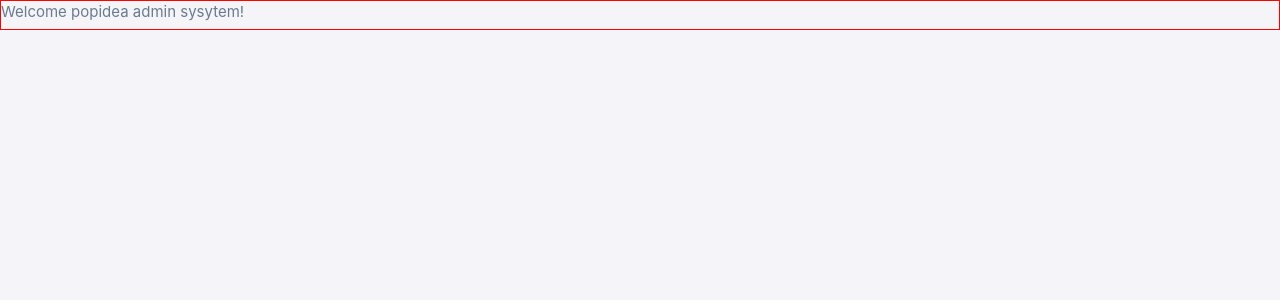
Repository: Joebig7/popidea-admin-front
Page: index.html
The author's editor kept a copy of each file at every save. The page is drawn from the files as they stood at one save, then again after the next save.
The browser window is 1280 px wide. The pictures show the whole page.

Above is the page before, as saved 2022-09-20 14:41:52.

After the next save:
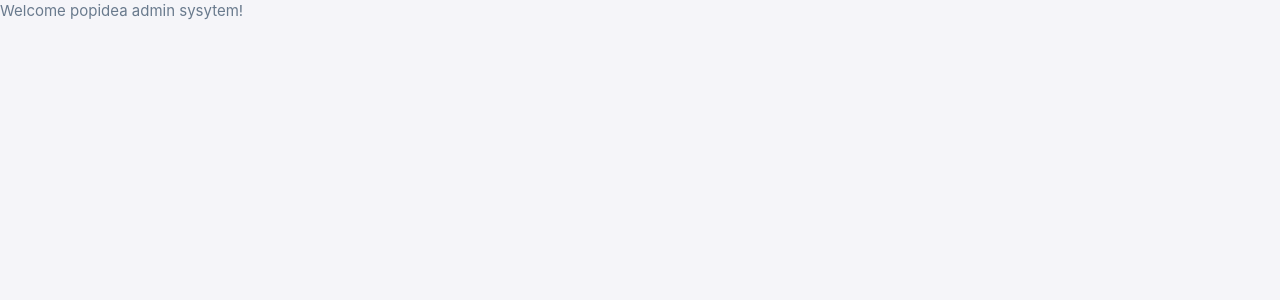
Saved 15 s later.
--- a/index.html
+++ b/index.html
@@ -29,12 +29,12 @@
   <link rel="stylesheet" href="assets/css/demo.css" />
 
   <style>
-      .title{
+      span{
           width:100%;
           height:30px;
           border: 1px solid red;
           flex:flex;
-          justify-content:right;
+          justify-content:center;
       }
   </style>
 </head>

After the 2 saves that followed:
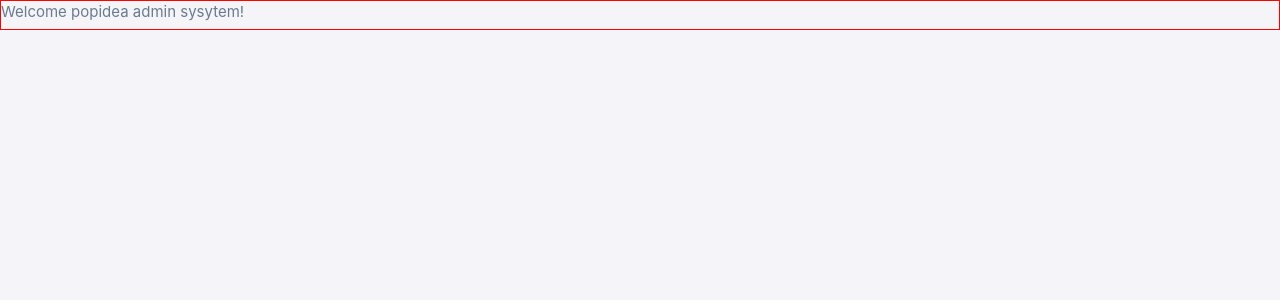
The 2 saves are shown as one change because 1 left the picture as it was.
The last was saved 26 s later.
--- a/index.html
+++ b/index.html
@@ -29,7 +29,7 @@
   <link rel="stylesheet" href="assets/css/demo.css" />
 
   <style>
-      span{
+      .title-content{
           width:100%;
           height:30px;
           border: 1px solid red;
@@ -41,7 +41,7 @@
 
 <body>
 
-  <div class="title"> <div>Welcome popidea admin sysytem!</div></div>
+  <div class="title"> <div class="title-content">Welcome popidea admin sysytem!</div></div>
 
 
 </body>
